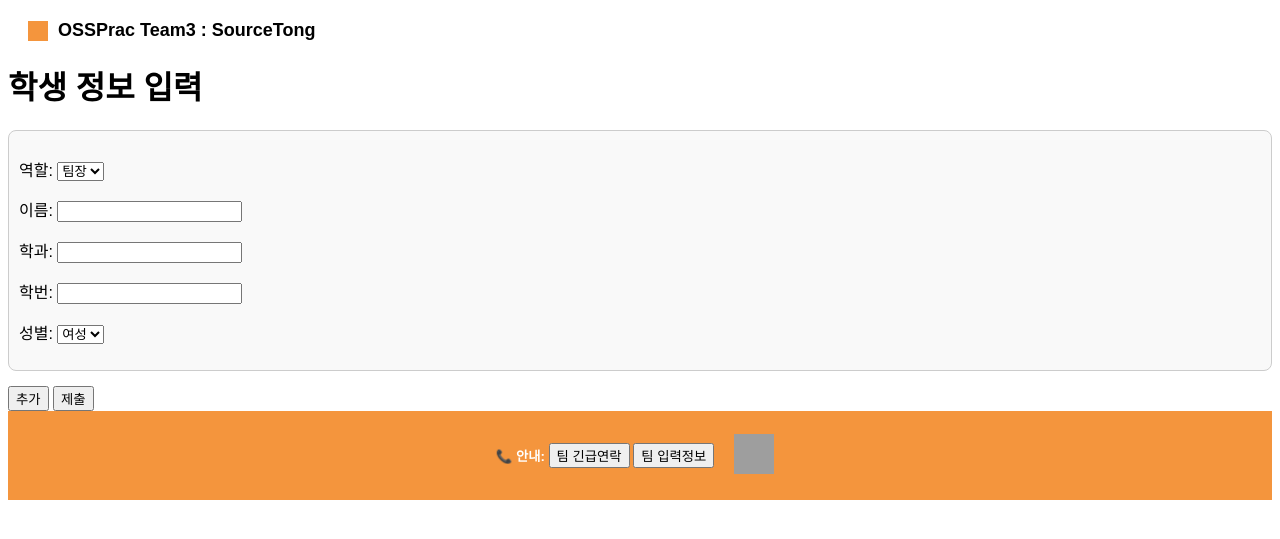
Repository: CSID-DGU/2024-2-OSSPrac
Page: http://localhost/input
An editor plug-in stored every save of this project. The page is shown before and after the next save, followed by the edit.
The browser window is 1280 px wide. The pictures show the whole page.
Pictures or frames that could not be fetched are drawn as grey boxes. The page is served by the project's application, run on Flask 3 (Subject3_2/team.py).

Above is the page before, as saved 2024-11-10 20:32:59.

### Subject3_2/templates/input.html
<!DOCTYPE html>
<html lang="ko">
<head>
    <meta charset="UTF-8">
    <meta name="viewport" content="width=device-width, initial-scale=1.0">
    <title>학생 정보 입력</title>
    <style>
        body {
            font-family: Arial, sans-serif;
        }
        .person-block {
            margin-bottom: 15px;
            padding: 10px;
            border: 1px solid #ccc;
            border-radius: 8px;
            background-color: #f9f9f9;
        }
        input[type="text"]:focus {
            transform: scale(1.5); /* 창을 몇배 크게 확대할것인지 */
            transition: transform 0.3s ease-in-out;
        }

        footer {
            background-color: #f4953d; /* 주황색 배경 */
            padding: 10px;
            text-align: center;
            color: white;
            font-size: 16px;
        }

        /*왼쪽 위 상단 팀명 출력 관련*/
        .header-point {
            display: flex;
            align-items: center;
            margin: 20px;
        }
        .orange-box {
            width: 20px;
            height: 20px;
            background-color: #f4953d; /* 주황색 */
            margin-right: 10px;
        }
        .header-text {
            font-size: 18px;
            font-weight: bold;
        }
        /*여기까지*/
    </style>

    <script>
        function showContactInfo() {
            alert("긴급전화: 010-1234-5678");
        }
        function openContactPage() {
            window.open("/contact", "contactPage", "width=600,height=400");
        }
    </script>
</head>
<body>
    <!--왼쪽 위 팀명 출력-->
    <div class="header-point">
        <div class="orange-box"></div>
        <span class="header-text">OSSPrac Team3 : SourceTong</span>
    </div>

    <h1>학생 정보 입력</h1>
    <form action="/result" method="POST" id="studentForm">
        <div id="personContainer">
            <div class="person-block">
                <p>역할: <select name="role[]">
                    <option value="팀장">팀장</option>
                    <option value="팀원">팀원</option>
                </select></p>
                <p>이름: <input type="text" name="name[]" required></p>
                <p>학과: <input type="text" name="major[]" required></p>
                <p>학번: <input type="text" name="StudentNumber[]" required></p>
                <p>성별: <select name="gender[]">
                    <option value="여성">여성</option>
                    <option value="남성">남성</option>
                </select></p>
            </div>
        </div>
        <button type="button" onclick="addPerson()">추가</button>
        <button type="submit">제출</button>
    </form>

    <script>
        // 새 입력 필드를 추가하는 함수
        function addPerson() {
            const container = document.getElementById("personContainer");

            // 새로운 사람 정보를 위한 입력 블록 생성
            const personBlock = document.createElement("div");
            personBlock.className = "person-block";
            personBlock.innerHTML = `
                <p>역할: <select name="role[]">
                    <option value="팀장">팀장</option>
                    <option value="팀원">팀원</option>
                </select></p>
                <p>이름: <input type="text" name="name[]" required></p>
                <p>학과: <input type="text" name="major[]" required></p>
                <p>학번: <input type="text" name="StudentNumber[]" required></p>
                <p>성별: <select name="gender[]">
                    <option value="여성">여성</option>
                    <option value="남성">남성</option>
                </select></p>
            `;

            // 입력 블록을 personContainer에 추가
            container.appendChild(personBlock);
        }
    </script>

    <footer>
        <div style="display: flex; align-items: center; justify-content: center; gap: 10px;">
            <h5>📞 안내: <button onclick="showContactInfo()"> 팀 긴급연락</button>
                <button onclick="openContactPage()"> 팀 입력정보</button> </h5>
            <!--누르면 github repo페이지로 이동-->
            <a href="https://github.com/Seungwoo-JI64/2024-2-OSSPrac-sourcetong-03" target="_blank">
                <img src="https://blog.kakaocdn.net/dn/GlUAT/btsEndzqV8S/xwC72y8hQ494vepqZUP4k1/img.png" alt="github 로고" style="width: 40px; height: 40px; margin: 0 10px;">
            </a>
        </div>
    </footer>
</body>
</html>

### Subject3_2/team.py
from flask import Flask, request, render_template

app = Flask(__name__)

# 최초 메인 페이지를 보여주는 루트 경로
@app.route('/')
def index():
    return render_template('index.html')  # 위 HTML 코드를 form.html 파일로 저장해야 합니다

# 학생 정보를 입력하는 경로

@app.route('/input')
def input():
    return render_template('input.html')

# 제출된 데이터를 처리하여 출력하는 경로
@app.route('/result', methods=['POST'])
def result():
    # 각 학생의 이름과 학번 데이터를 리스트로 받음
    name = request.form.getlist('name[]')
    major = request.form.getlist('major[]')
    student_numbers = request.form.getlist('StudentNumber[]')
    role = request.form.getlist('role[]')
    gender = request.form.getlist('gender[]')

    # 성공 메시지 추가
    success_message = "데이터가 성공적으로 제출되었습니다!"

    # 데이터를 템플릿으로 전달하여 출력 페이지 생성
    return render_template('result.html', students=zip(name, major, student_numbers,role,gender))

@app.route('/contact')
def contact_info():
    return render_template('contact.html')

if __name__ == '__main__':
    app.run(debug=True)

After the next save:
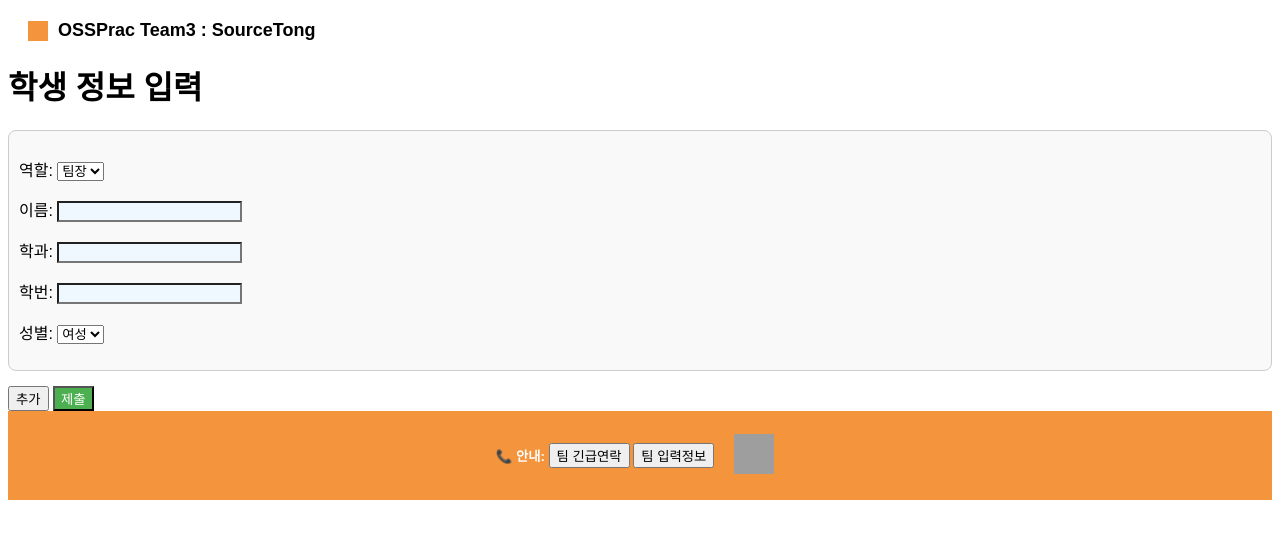
Saved 2 s later.
--- a/Subject3_2/templates/input.html
+++ b/Subject3_2/templates/input.html
@@ -44,6 +44,15 @@
             font-size: 18px;
             font-weight: bold;
         }
+
+        /* 제출 버튼 스타일 추가 */
+        input[type=submit] {
+          background-color: #4CAF50; /* 기본 배경색 초록색 */
+          color: white; /* 텍스트 색상 흰색 */
+          border: none; /* 테두리 제거 */
+          padding: 10px 20px; /* 패딩 추가 */
+          cursor: pointer; /* 마우스 커서 포인터로 변경 */
+      }
         /*여기까지*/
     </style>
 
@@ -71,9 +80,9 @@
                     <option value="팀장">팀장</option>
                     <option value="팀원">팀원</option>
                 </select></p>
-                <p>이름: <input type="text" name="name[]" required></p>
-                <p>학과: <input type="text" name="major[]" required></p>
-                <p>학번: <input type="text" name="StudentNumber[]" required></p>
+                <p>이름: <input type="text" name="name[]" style="background-color: #f0f8ff;" required></p>
+                <p>학과: <input type="text" name="major[]" style="background-color: #f0f8ff;" required></p>
+                <p>학번: <input type="text" name="StudentNumber[]" style="background-color: #f0f8ff;" required></p>
                 <p>성별: <select name="gender[]">
                     <option value="여성">여성</option>
                     <option value="남성">남성</option>
@@ -81,7 +90,7 @@
             </div>
         </div>
         <button type="button" onclick="addPerson()">추가</button>
-        <button type="submit">제출</button>
+        <button type="submit" style="background-color: #4CAF50; color: white;">제출</button>
     </form>
 
     <script>
